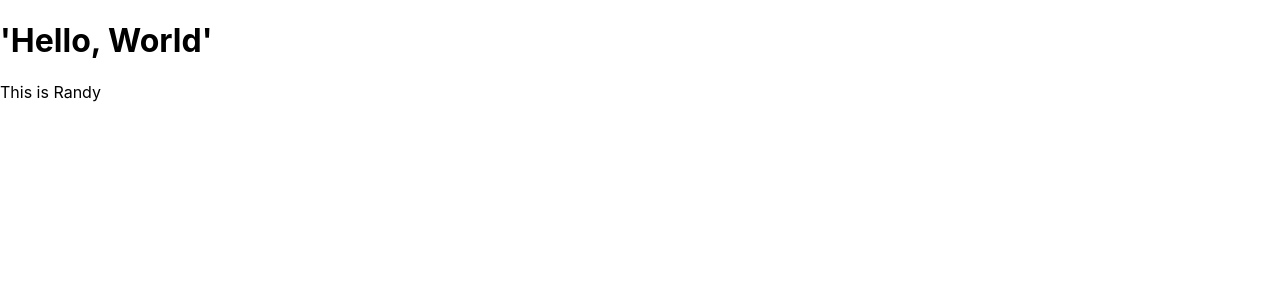
Repository: randysteele/demo
Page: /
An editor plug-in stored every save of this project. The page is shown before and after the next save, followed by the edit.
The browser window is 1280 px wide. The pictures show the whole page.
The project was rebuilt for these pictures with package versions that can differ from the ones it lists, and the page was loaded fresh each time.

Above is the page before, as saved 2021-03-08 15:16:55.

After the next save:
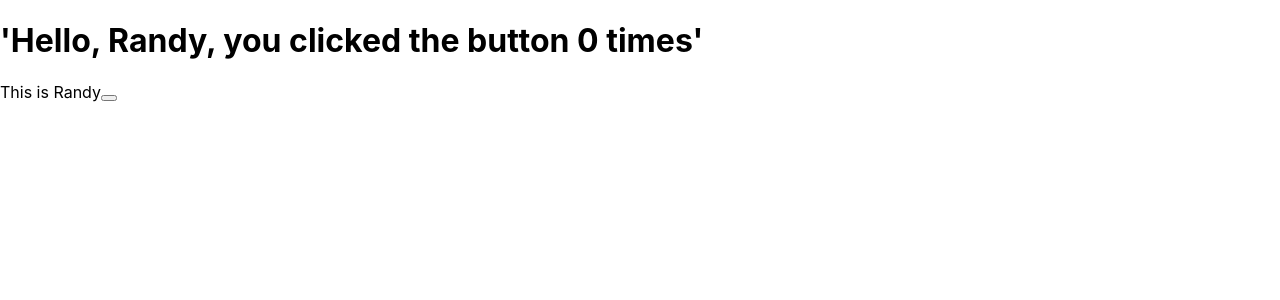
Saved 19 h 54 min later.
--- a/src/Application.js
+++ b/src/Application.js
@@ -4,22 +4,28 @@ class Application extends Component {
     // this will run when the Applicaiton component is instatniated
     constructor(props){
         super(props);
+        this.state = {
+            count: 0
+        }
     }
 
     componentWillMount(props, state){
-
     }
 
     componentDidMount(props, state){
         console.log(`Mounted with, ${props}, ${state} `)
     }
 
+
     render(){
+        let {count} = this.state;
         let name = "Randy";
        return (
        <div>
-       <h1> 'Hello, World'</h1>
-       <span>This is {name}</span>
+       <h1> 'Hello, {name}, you clicked the button {count} times'</h1>
+       <span>This is {name}
+       <button Click ME ></button>
+       </span>
        </div>
        )}
 
